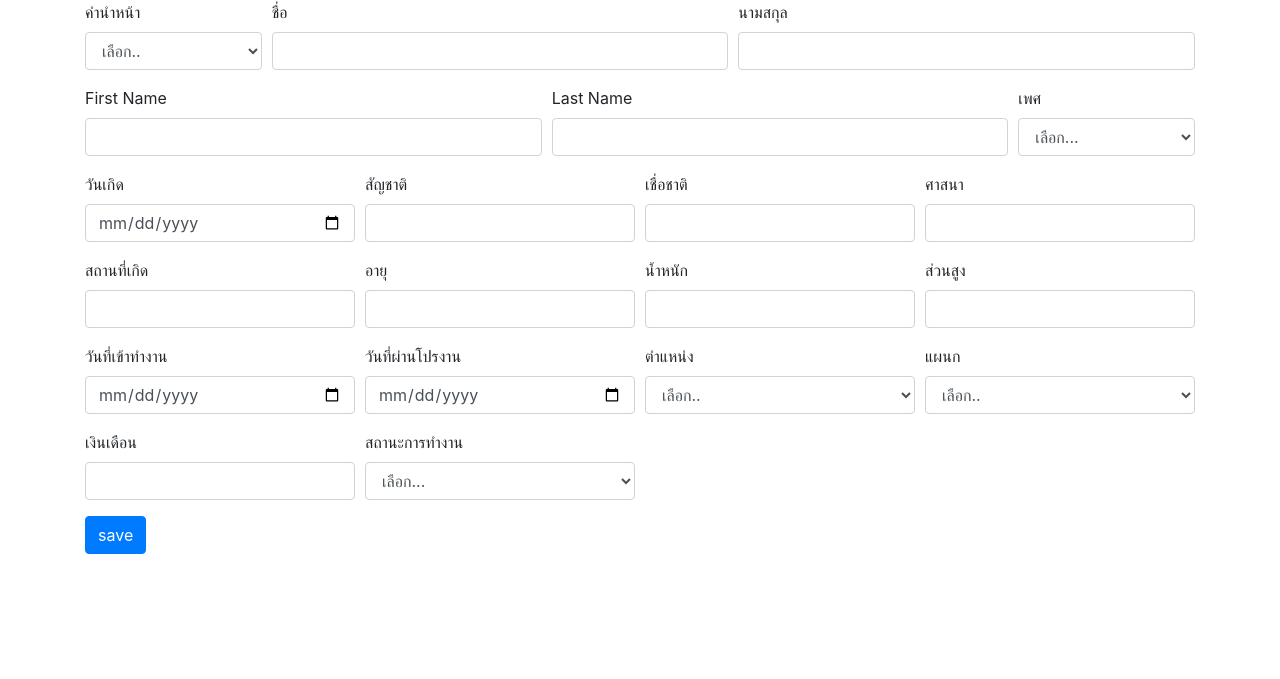
Repository: p2job/javawebapp
Page: http://localhost/demojsp/insert.jsp
The author's editor kept a copy of each file at every save. The page is drawn from the files as they stood at one save, then again after the next save.
The browser window is 1280 px wide. The pictures show the whole page.
The page is served by Tomcat 9. Queries for data that is not in the repository find no rows.

Above is the page before, as saved 2020-07-31 07:19:52.

After the next save:
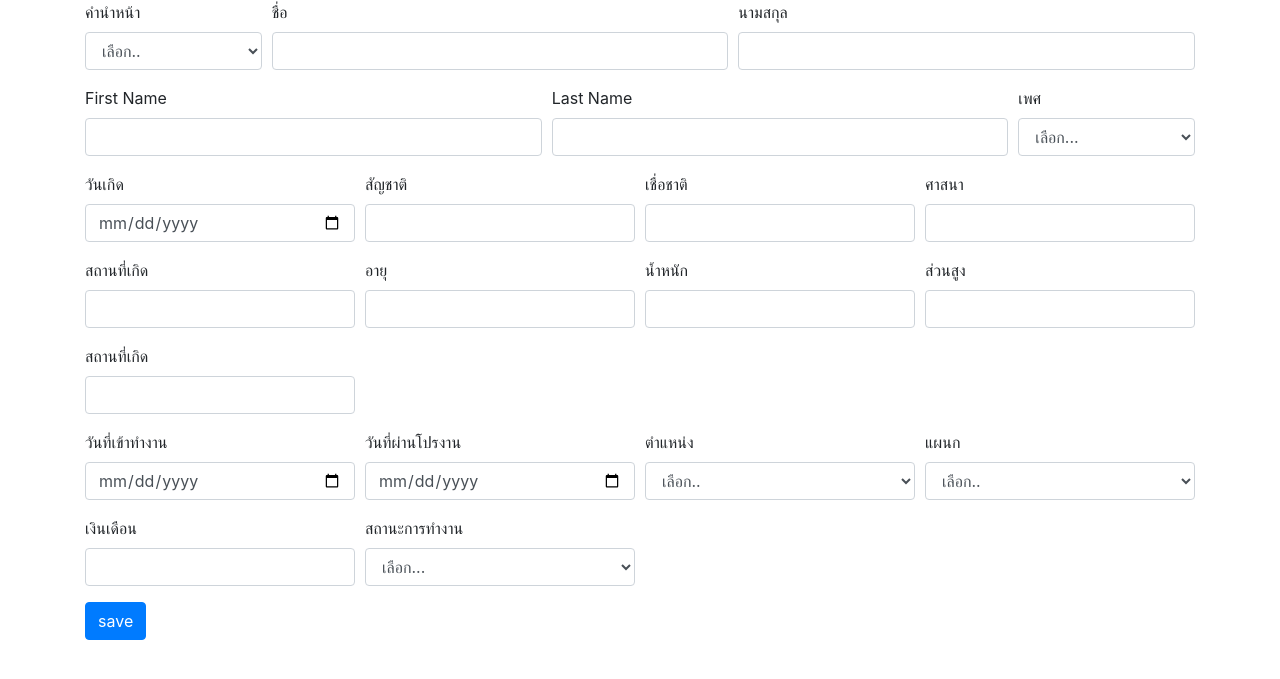
Saved 55 s later.
--- a/demojsp/WebContent/insert.jsp
+++ b/demojsp/WebContent/insert.jsp
@@ -84,6 +84,12 @@
                 <div class="form-group col-md-3">
                     <label for="inputPhone_Number">ส่วนสูง</label>
                     <input type="text" class="form-control" id="Phone_Number" name="Phone_Number">
+                </div>
+            </div>
+            <div class="form-row">
+                <div class="form-group col-md-3">
+                    <label for="inputBirth_Date">สถานที่เกิด</label>
+                    <input type="text" class="form-control" id="Birth_Date" name="Birth_Date">
                 </div>
             </div>
             <div class="form-row">
